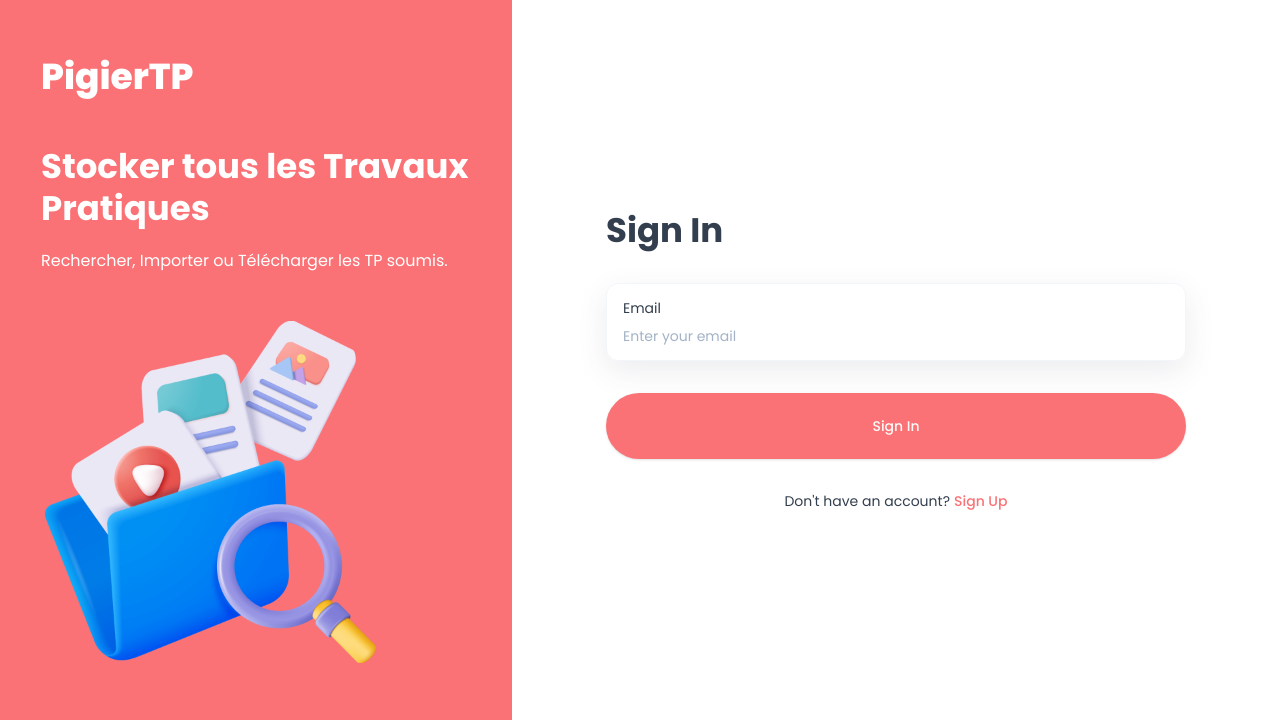
Repository: Tychiq/pigier_tp
Page: /sign-in
These files come from the project's save history. The page is drawn as it stood at one moment and after the next save; the edit follows.
The browser window is 1280 px wide. The pictures show the whole page.
The page's requests for data from a server got no answer. The project was rebuilt for these pictures with package versions that can differ from the ones it lists, and the page was loaded fresh each time. The framework's server and built-in components were replaced by stand-ins that run in the browser. No one was signed in, and anything a server would have sent is missing. Also part of the build but not shown: next.config.ts, components/ui/alert-dialog.tsx, components/ui/input-otp.tsx, components/OTPModal.tsx.

Above is the page before, as saved 2025-05-05 13:17:04.

### app/layout.tsx
import type { Metadata } from "next";
import { Poppins } from 'next/font/google'

import "./globals.css";

const poppins = Poppins({
    subsets: ['latin'],
    weight: ['100', '200', '300', '400', '500', '600', '700', '800', '900'],
    variable: '--font-poppins',
})

export const metadata: Metadata = {
  title: "PigierTP",
  description: "PigierTP - Tous les Travaux Pratiques.",
};

export default function RootLayout({
  children,
}: Readonly<{
  children: React.ReactNode;
}>) {
  return (
    <html lang="en">
      <body
        className={`${poppins.variable} font-poppins antialiased`}
      >
        {children}
      </body>
    </html>
  );
}

### app/(auth)/layout.tsx
import React from "react";
import Image from "next/image";

const Layout = ({ children }: { children: React.ReactNode }) => {
  return (
    <div className="flex min-h-screen">
      <section className="hidden w-1/2 items-center justify-center bg-brand p-10 lg:flex xl:w-2/5">
        <div className="flex max-h-[800px] max-w-[430px] flex-col justify-center space-y-12">
          <p className="text-4xl font-extrabold font-poppins text-white">PigierTP</p>

          <div className="space-y-5 text-white">
            <h1 className="h1">Stocker tous les Travaux Pratiques</h1>
            <p className="body-1">
              Rechercher, Importer ou Télécharger les TP soumis.
            </p>
          </div>
          <Image
            src="/assets/images/files.png"
            alt="Files"
            width={342}
            height={342}
            className="transition-all hover:rotate-2 hover:scale-105"
          />
        </div>
      </section>

      <section className="flex flex-1 flex-col items-center bg-white p-4 py-10 lg:justify-center lg:p-10 lg:py-0">
        <div className="mb-16 lg:hidden">
          <Image
            src="/assets/icons/logo-full-brand.svg"
            alt="logo"
            width={224}
            height={82}
            className="h-auto w-[200px] lg:w-[250px]"
          />
        </div>

        {children}
      </section>
    </div>
  );
};

export default Layout;

### components/AuthForm.tsx
"use client";

import { z } from "zod";
import { zodResolver } from "@hookform/resolvers/zod";
import { useForm } from "react-hook-form";

import { Button } from "@/components/ui/button";
import {
  Form,
  FormControl,
  FormField,
  FormItem,
  FormLabel,
  FormMessage,
} from "@/components/ui/form";
import { Input } from "@/components/ui/input";
import { useState } from "react";
import Image from "next/image";
import Link from "next/link";
import { createAccount, signInUser } from "@/lib/actions/user.actions";
import OtpModal from "@/components/OTPModal";

type FormType = "sign-in" | "sign-up";

const authFormSchema = (formType: FormType) => {
  return z.object({
    email: z.string().email(),
    fullName:
      formType === "sign-up"
        ? z.string().min(2).max(50)
        : z.string().optional(),
  });
};

const AuthForm = ({ type }: { type: FormType }) => {
  const [isLoading, setIsLoading] = useState(false);
  const [errorMessage, setErrorMessage] = useState("");
  const [accountId, setAccountId] = useState(null);

  const formSchema = authFormSchema(type);
  const form = useForm<z.infer<typeof formSchema>>({
    resolver: zodResolver(formSchema),
    defaultValues: {
      fullName: "",
      email: "",
    },
  });

  const onSubmit = async (values: z.infer<typeof formSchema>) => {
    setIsLoading(true);
    setErrorMessage("");

    try {
      const user =
        type === "sign-up"
          ? await createAccount({
              fullName: values.fullName || "",
              email: values.email,
            })
          : await signInUser({ email: values.email });

      setAccountId(user.accountId);
    } catch {
      setErrorMessage("Failed to create account. Please try again.");
    } finally {
      setIsLoading(false);
    }
  };

  return (
    <>
      <Form {...form}>
        <form onSubmit={form.handleSubmit(onSubmit)} className="auth-form">
          <h1 className="form-title">
            {type === "sign-in" ? "Sign In" : "Sign Up"}
          </h1>
          {type === "sign-up" && (
            <FormField
              control={form.control}
              name="fullName"
              render={({ field }) => (
                <FormItem>
                  <div className="shad-form-item">
                    <FormLabel className="shad-form-label">Full Name</FormLabel>

                    <FormControl>
                      <Input
                        placeholder="Enter your full name"
                        className="shad-input"
                        {...field}
                      />
                    </FormControl>
                  </div>

                  <FormMessage className="shad-form-message" />
                </FormItem>
              )}
            />
          )}

          <FormField
            control={form.control}
            name="email"
            render={({ field }) => (
              <FormItem>
                <div className="shad-form-item">
                  <FormLabel className="shad-form-label">Email</FormLabel>

                  <FormControl>
                    <Input
                      placeholder="Enter your email"
                      className="shad-input"
                      {...field}
                    />
                  </FormControl>
                </div>

                <FormMessage className="shad-form-message" />
              </FormItem>
            )}
          />

          <Button
            type="submit"
            className="form-submit-button"
            disabled={isLoading}
          >
            {type === "sign-in" ? "Sign In" : "Sign Up"}

            {isLoading && (
              <Image
                src="/assets/icons/loader.svg"
                alt="loader"
                width={24}
                height={24}
                className="ml-2 animate-spin"
              />
            )}
          </Button>

          {errorMessage && <p className="error-message">*{errorMessage}</p>}

          <div className="body-2 flex justify-center">
            <p className="text-light-100">
              {type === "sign-in"
                ? "Don't have an account?"
                : "Already have an account?"}
            </p>
            <Link
              href={type === "sign-in" ? "/sign-up" : "/sign-in"}
              className="ml-1 font-medium text-brand"
            >
              {" "}
              {type === "sign-in" ? "Sign Up" : "Sign In"}
            </Link>
          </div>
        </form>
      </Form>

      {accountId && (
        <OtpModal email={form.getValues("email")} accountId={accountId} />
      )}
    </>
  );
};

export default AuthForm;

### components/ui/button.tsx
import * as React from "react"
import { Slot } from "@radix-ui/react-slot"
import { cva, type VariantProps } from "class-variance-authority"

import { cn } from "@/lib/utils"

const buttonVariants = cva(
  "inline-flex items-center justify-center gap-2 whitespace-nowrap rounded-md text-sm font-medium transition-colors focus-visible:outline-none focus-visible:ring-1 focus-visible:ring-ring disabled:pointer-events-none disabled:opacity-50 [&_svg]:pointer-events-none [&_svg]:size-4 [&_svg]:shrink-0",
  {
    variants: {
      variant: {
        default:
          "bg-primary text-primary-foreground shadow hover:bg-primary/90",
        destructive:
          "bg-destructive text-destructive-foreground shadow-sm hover:bg-destructive/90",
        outline:
          "border border-input bg-background shadow-sm hover:bg-accent hover:text-accent-foreground",
        secondary:
          "bg-secondary text-secondary-foreground shadow-sm hover:bg-secondary/80",
        ghost: "hover:bg-accent hover:text-accent-foreground",
        link: "text-primary underline-offset-4 hover:underline",
      },
      size: {
        default: "h-9 px-4 py-2",
        sm: "h-8 rounded-md px-3 text-xs",
        lg: "h-10 rounded-md px-8",
        icon: "h-9 w-9",
      },
    },
    defaultVariants: {
      variant: "default",
      size: "default",
    },
  }
)

export interface ButtonProps
  extends React.ButtonHTMLAttributes<HTMLButtonElement>,
    VariantProps<typeof buttonVariants> {
  asChild?: boolean
}

const Button = React.forwardRef<HTMLButtonElement, ButtonProps>(
  ({ className, variant, size, asChild = false, ...props }, ref) => {
    const Comp = asChild ? Slot : "button"
    return (
      <Comp
        className={cn(buttonVariants({ variant, size, className }))}
        ref={ref}
        {...props}
      />
    )
  }
)
Button.displayName = "Button"

export { Button, buttonVariants }

### components/ui/form.tsx
"use client"

import * as React from "react"
import * as LabelPrimitive from "@radix-ui/react-label"
import { Slot } from "@radix-ui/react-slot"
import {
  Controller,
  ControllerProps,
  FieldPath,
  FieldValues,
  FormProvider,
  useFormContext,
} from "react-hook-form"

import { cn } from "@/lib/utils"
import { Label } from "@/components/ui/label"

const Form = FormProvider

type FormFieldContextValue<
  TFieldValues extends FieldValues = FieldValues,
  TName extends FieldPath<TFieldValues> = FieldPath<TFieldValues>
> = {
  name: TName
}

const FormFieldContext = React.createContext<FormFieldContextValue>(
  {} as FormFieldContextValue
)

const FormField = <
  TFieldValues extends FieldValues = FieldValues,
  TName extends FieldPath<TFieldValues> = FieldPath<TFieldValues>
>({
  ...props
}: ControllerProps<TFieldValues, TName>) => {
  return (
    <FormFieldContext.Provider value={{ name: props.name }}>
      <Controller {...props} />
    </FormFieldContext.Provider>
  )
}

const useFormField = () => {
  const fieldContext = React.useContext(FormFieldContext)
  const itemContext = React.useContext(FormItemContext)
  const { getFieldState, formState } = useFormContext()

  const fieldState = getFieldState(fieldContext.name, formState)

  if (!fieldContext) {
    throw new Error("useFormField should be used within <FormField>")
  }

  const { id } = itemContext

  return {
    id,
    name: fieldContext.name,
    formItemId: `${id}-form-item`,
    formDescriptionId: `${id}-form-item-description`,
    formMessageId: `${id}-form-item-message`,
    ...fieldState,
  }
}

type FormItemContextValue = {
  id: string
}

const FormItemContext = React.createContext<FormItemContextValue>(
  {} as FormItemContextValue
)

const FormItem = React.forwardRef<
  HTMLDivElement,
  React.HTMLAttributes<HTMLDivElement>
>(({ className, ...props }, ref) => {
  const id = React.useId()

  return (
    <FormItemContext.Provider value={{ id }}>
      <div ref={ref} className={cn("space-y-2", className)} {...props} />
    </FormItemContext.Provider>
  )
})
FormItem.displayName = "FormItem"

const FormLabel = React.forwardRef<
  React.ElementRef<typeof LabelPrimitive.Root>,
  React.ComponentPropsWithoutRef<typeof LabelPrimitive.Root>
>(({ className, ...props }, ref) => {
  const { error, formItemId } = useFormField()

  return (
    <Label
      ref={ref}
      className={cn(error && "text-destructive", className)}
      htmlFor={formItemId}
      {...props}
    />
  )
})
FormLabel.displayName = "FormLabel"

const FormControl = React.forwardRef<
  React.ElementRef<typeof Slot>,
  React.ComponentPropsWithoutRef<typeof Slot>
>(({ ...props }, ref) => {
  const { error, formItemId, formDescriptionId, formMessageId } = useFormField()

  return (
    <Slot
      ref={ref}
      id={formItemId}
      aria-describedby={
        !error
          ? `${formDescriptionId}`
          : `${formDescriptionId} ${formMessageId}`
      }
      aria-invalid={!!error}
      {...props}
    />
  )
})
FormControl.displayName = "FormControl"

const FormDescription = React.forwardRef<
  HTMLParagraphElement,
  React.HTMLAttributes<HTMLParagraphElement>
>(({ className, ...props }, ref) => {
  const { formDescriptionId } = useFormField()

  return (
    <p
      ref={ref}
      id={formDescriptionId}
      className={cn("text-[0.8rem] text-muted-foreground", className)}
      {...props}
    />
  )
})
FormDescription.displayName = "FormDescription"

const FormMessage = React.forwardRef<
  HTMLParagraphElement,
  React.HTMLAttributes<HTMLParagraphElement>
>(({ className, children, ...props }, ref) => {
  const { error, formMessageId } = useFormField()
  const body = error ? String(error?.message) : children

  if (!body) {
    return null
  }

  return (
    <p
      ref={ref}
      id={formMessageId}
      className={cn("text-[0.8rem] font-medium text-destructive", className)}
      {...props}
    >
      {body}
    </p>
  )
})
FormMessage.displayName = "FormMessage"

export {
  useFormField,
  Form,
  FormItem,
  FormLabel,
  FormControl,
  FormDescription,
  FormMessage,
  FormField,
}

### components/ui/input.tsx
import * as React from "react"

import { cn } from "@/lib/utils"

export interface InputProps
  extends React.InputHTMLAttributes<HTMLInputElement> {}

const Input = React.forwardRef<HTMLInputElement, InputProps>(
  ({ className, type, ...props }, ref) => {
    return (
      <input
        type={type}
        className={cn(
          "flex h-9 w-full rounded-md border border-input bg-transparent px-3 py-1 text-sm shadow-sm transition-colors file:border-0 file:bg-transparent file:text-sm file:font-medium file:text-foreground placeholder:text-muted-foreground focus-visible:outline-none focus-visible:ring-1 focus-visible:ring-ring disabled:cursor-not-allowed disabled:opacity-50",
          className
        )}
        ref={ref}
        {...props}
      />
    )
  }
)
Input.displayName = "Input"

export { Input }

### lib/actions/user.actions.ts
"use server";

import { createAdminClient, createSessionClient } from "@/lib/appwrite";
import { appwriteConfig } from "@/lib/appwrite/config";
import { Query, ID } from "node-appwrite";
import { parseStringify } from "@/lib/utils";
import { cookies } from "next/headers";
import { avatarPlaceholderUrl } from "@/constants";
import { redirect } from "next/navigation";

const getUserByEmail = async (email: string) => {
  const { databases } = await createAdminClient();

  const result = await databases.listDocuments(
    appwriteConfig.databaseId,
    appwriteConfig.usersCollectionId,
    [Query.equal("email", [email])],
  );

  return result.total > 0 ? result.documents[0] : null;
};

const handleError = (error: unknown, message: string) => {
  console.log(error, message);
  throw error;
};

export const sendEmailOTP = async ({ email }: { email: string }) => {
  const { account } = await createAdminClient();

  try {
    const session = await account.createEmailToken(ID.unique(), email);

    return session.userId;
  } catch (error) {
    handleError(error, "Failed to send email OTP");
  }
};

export const createAccount = async ({
  fullName,
  email,
}: {
  fullName: string;
  email: string;
}) => {
  const existingUser = await getUserByEmail(email);

  const accountId = await sendEmailOTP({ email });
  if (!accountId) throw new Error("Failed to send an OTP");

  if (!existingUser) {
    const { databases } = await createAdminClient();

    await databases.createDocument(
      appwriteConfig.databaseId,
      appwriteConfig.usersCollectionId,
      ID.unique(),
      {
        fullName,
        email,
        avatar: avatarPlaceholderUrl,
        accountId,
      },
    );
  }

  return parseStringify({ accountId });
};

export const verifySecret = async ({
  accountId,
  password,
}: {
  accountId: string;
  password: string;
}) => {
  try {
    const { account } = await createAdminClient();

    const session = await account.createSession(accountId, password);

    (await cookies()).set("appwrite-session", session.secret, {
      path: "/",
      httpOnly: true,
      sameSite: "strict",
      secure: true,
    });

    return parseStringify({ sessionId: session.$id });
  } catch (error) {
    handleError(error, "Failed to verify OTP");
  }
};

export const getCurrentUser = async () => {
  try {
    const { databases, account } = await createSessionClient();

    const result = await account.get();

    const user = await databases.listDocuments(
      appwriteConfig.databaseId,
      appwriteConfig.usersCollectionId,
      [Query.equal("accountId", result.$id)],
    );

    if (user.total <= 0) return null;

    return parseStringify(user.documents[0]);
  } catch (error) {
    console.log(error);
  }
};

export const signOutUser = async () => {
  const { account } = await createSessionClient();

  try {
    await account.deleteSession("current");
    (await cookies()).delete("appwrite-session");
  } catch (error) {
    handleError(error, "Failed to sign out user");
  } finally {
    redirect("/sign-in");
  }
};

export const signInUser = async ({ email }: { email: string }) => {
  try {
    const existingUser = await getUserByEmail(email);

    // User exists, send OTP
    if (existingUser) {
      await sendEmailOTP({ email });
      return parseStringify({ accountId: existingUser.accountId });
    }

    return parseStringify({ accountId: null, error: "User not found" });
  } catch (error) {
    handleError(error, "Failed to sign in user");
  }
};

### components/ui/label.tsx
"use client"

import * as React from "react"
import * as LabelPrimitive from "@radix-ui/react-label"
import { cva, type VariantProps } from "class-variance-authority"

import { cn } from "@/lib/utils"

const labelVariants = cva(
  "text-sm font-medium leading-none peer-disabled:cursor-not-allowed peer-disabled:opacity-70"
)

const Label = React.forwardRef<
  React.ElementRef<typeof LabelPrimitive.Root>,
  React.ComponentPropsWithoutRef<typeof LabelPrimitive.Root> &
    VariantProps<typeof labelVariants>
>(({ className, ...props }, ref) => (
  <LabelPrimitive.Root
    ref={ref}
    className={cn(labelVariants(), className)}
    {...props}
  />
))
Label.displayName = LabelPrimitive.Root.displayName

export { Label }

### constants/index.ts
export const navItems = [
  {
    name: "Dashboard",
    icon: "/assets/icons/dashboard.svg",
    url: "/",
  },
  {
    name: "Documents",
    icon: "/assets/icons/documents.svg",
    url: "/documents",
  },
  {
    name: "Images",
    icon: "/assets/icons/images.svg",
    url: "/images",
  },
  {
    name: "Médias",
    icon: "/assets/icons/video.svg",
    url: "/media",
  },
  {
    name: "Autres",
    icon: "/assets/icons/others.svg",
    url: "/others",
  },
];

export const navNav = [
  {
    name: "Dashboard",
    icon: "/assets/icons/dashboard.svg",
    url: "/student",
  },
  {
    name: "Documents",
    icon: "/assets/icons/documents.svg",
    url: "/student",
  },
  {
    name: "Images",
    icon: "/assets/icons/images.svg",
    url: "/student",
  },
  {
    name: "Médias",
    icon: "/assets/icons/video.svg",
    url: "/student",
  },
  {
    name: "Autres",
    icon: "/assets/icons/others.svg",
    url: "/student",
  },
];

export const actionsDropdownItems = [
  {
    label: "Renommer",
    icon: "/assets/icons/edit.svg",
    value: "renommer",
  },
  {
    label: "Details",
    icon: "/assets/icons/info.svg",
    value: "details",
  },

  {
    label: "Télécharger",
    icon: "/assets/icons/download.svg",
    value: "télécharger",
  },
  {
    label: "Supprimer",
    icon: "/assets/icons/delete.svg",
    value: "supprimer",
  },
];

export const sortTypes = [
  {
    label: "Date de création (plus récente)",
    value: "$createdAt-desc",
  },
  {
    label: "Date de création (plus ancienne",
    value: "$createdAt-asc",
  },
  {
    label: "Nom (A-Z)",
    value: "name-asc",
  },
  {
    label: "Nom (Z-A)",
    value: "name-desc",
  },
  {
    label: "Taille (Plus grande)",
    value: "size-desc",
  },
  {
    label: "Taille (Plus petite)",
    value: "size-asc",
  },
];

export const avatarPlaceholderUrl =
  "https://img.freepik.com/free-psd/3d-illustration-person-with-sunglasses_23-2149436188.jpg";

export const MAX_FILE_SIZE = 50 * 1024 * 1024; // 50MB

### tailwind.config.ts
import type { Config } from "tailwindcss";

const config: Config = {
  darkMode: ["class"],
  content: [
    "./pages/**/*.{js,ts,jsx,tsx,mdx}",
    "./components/**/*.{js,ts,jsx,tsx,mdx}",
    "./app/**/*.{js,ts,jsx,tsx,mdx}",
  ],
  theme: {
  	extend: {
  		colors: {
  			brand: {
  				'100': '#EA6365',
  				DEFAULT: '#FA7275'
  			},
  			red: '#FF7474',
  			error: '#b80000',
  			green: '#3DD9B3',
  			blue: '#56B8FF',
  			pink: '#EEA8FD',
  			orange: '#F9AB72',
  			light: {
  				'100': '#333F4E',
  				'200': '#A3B2C7',
  				'300': '#F2F5F9',
  				'400': '#F2F4F8'
  			},
  			dark: {
  				'100': '#04050C',
  				'200': '#131524'
  			},
  			background: 'hsl(var(--background))',
  			foreground: 'hsl(var(--foreground))',
  			card: {
  				DEFAULT: 'hsl(var(--card))',
  				foreground: 'hsl(var(--card-foreground))'
  			},
  			popover: {
  				DEFAULT: 'hsl(var(--popover))',
  				foreground: 'hsl(var(--popover-foreground))'
  			},
  			primary: {
  				DEFAULT: 'hsl(var(--primary))',
  				foreground: 'hsl(var(--primary-foreground))'
  			},
  			secondary: {
  				DEFAULT: 'hsl(var(--secondary))',
  				foreground: 'hsl(var(--secondary-foreground))'
  			},
  			muted: {
  				DEFAULT: 'hsl(var(--muted))',
  				foreground: 'hsl(var(--muted-foreground))'
  			},
  			accent: {
  				DEFAULT: 'hsl(var(--accent))',
  				foreground: 'hsl(var(--accent-foreground))'
  			},
  			destructive: {
  				DEFAULT: 'hsl(var(--destructive))',
  				foreground: 'hsl(var(--destructive-foreground))'
  			},
  			border: 'hsl(var(--border))',
  			input: 'hsl(var(--input))',
  			ring: 'hsl(var(--ring))',
  			chart: {
  				'1': 'hsl(var(--chart-1))',
  				'2': 'hsl(var(--chart-2))',
  				'3': 'hsl(var(--chart-3))',
  				'4': 'hsl(var(--chart-4))',
  				'5': 'hsl(var(--chart-5))'
  			}
  		},
  		fontFamily: {
  			poppins: ["var(--font-poppins)"]
  		},
  		boxShadow: {
  			'drop-1': '0px 10px 30px 0px rgba(66, 71, 97, 0.1)',
  			'drop-2': '0 8px 30px 0 rgba(65, 89, 214, 0.3)',
  			'drop-3': '0 8px 30px 0 rgba(65, 89, 214, 0.1)'
  		},
  		borderRadius: {
  			lg: 'var(--radius)',
  			md: 'calc(var(--radius) - 2px)',
  			sm: 'calc(var(--radius) - 4px)'
  		},
  		keyframes: {
  			'caret-blink': {
  				'0%,70%,100%': {
  					opacity: '1'
  				},
  				'20%,50%': {
  					opacity: '0'
  				}
  			}
  		},
  		animation: {
  			'caret-blink': 'caret-blink 1.25s ease-out infinite'
  		}
  	}
  },
  // eslint-disable-next-line @typescript-eslint/no-require-imports
  plugins: [require("tailwindcss-animate")],
};
export default config;

Loaded but not shown: app/(auth)/sign-in/page.tsx (common file); app/globals.css (common file); lib/appwrite/index.ts (common file); lib/appwrite/config.ts (common file); lib/utils.ts (236 lines, source omitted)

After the next save:
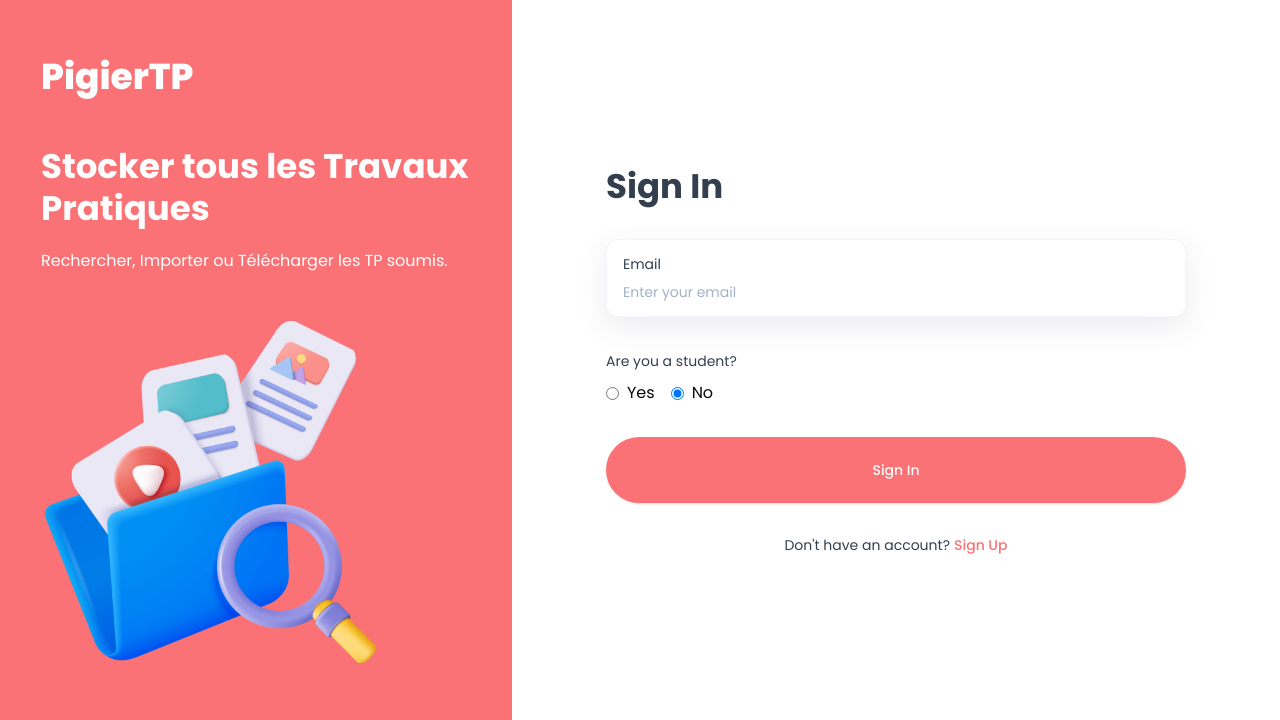
Saved 81 min 11 s later.
--- a/components/AuthForm.tsx
+++ b/components/AuthForm.tsx
@@ -29,6 +29,7 @@ const authFormSchema = (formType: FormType) => {
       formType === "sign-up"
         ? z.string().min(2).max(50)
         : z.string().optional(),
+    isStudent: z.enum(["yes", "no"]),
   });
 };
 
@@ -43,7 +44,9 @@ const AuthForm = ({ type }: { type: FormType }) => {
     defaultValues: {
       fullName: "",
       email: "",
+      isStudent: "no",
     },
+
   });
 
   const onSubmit = async (values: z.infer<typeof formSchema>) => {
@@ -56,6 +59,7 @@ const AuthForm = ({ type }: { type: FormType }) => {
           ? await createAccount({
               fullName: values.fullName || "",
               email: values.email,
+              isStudent: values.isStudent === "yes",
             })
           : await signInUser({ email: values.email });
 
@@ -119,6 +123,38 @@ const AuthForm = ({ type }: { type: FormType }) => {
               </FormItem>
             )}
           />
+
+<FormField
+  control={form.control}
+  name="isStudent"
+  render={({ field }) => (
+    <FormItem>
+      <FormLabel className="shad-form-label">Are you a student?</FormLabel>
+      <div className="flex gap-4">
+        <label className="flex items-center space-x-2">
+          <input
+            type="radio"
+            value="yes"
+            checked={field.value === "yes"}
+            onChange={() => field.onChange("yes")}
+          />
+          <span>Yes</span>
+        </label>
+        <label className="flex items-center space-x-2">
+          <input
+            type="radio"
+            value="no"
+            checked={field.value === "no"}
+            onChange={() => field.onChange("no")}
+          />
+          <span>No</span>
+        </label>
+      </div>
+      <FormMessage className="shad-form-message" />
+    </FormItem>
+  )}
+/>
+
 
           <Button
             type="submit"
@@ -158,7 +194,12 @@ const AuthForm = ({ type }: { type: FormType }) => {
       </Form>
 
       {accountId && (
-        <OtpModal email={form.getValues("email")} accountId={accountId} />
+        <OtpModal
+        email={form.getValues("email")}
+        accountId={accountId}
+        isStudent={form.getValues("isStudent") === "yes"}
+      />
+
       )}
     </>
   );
